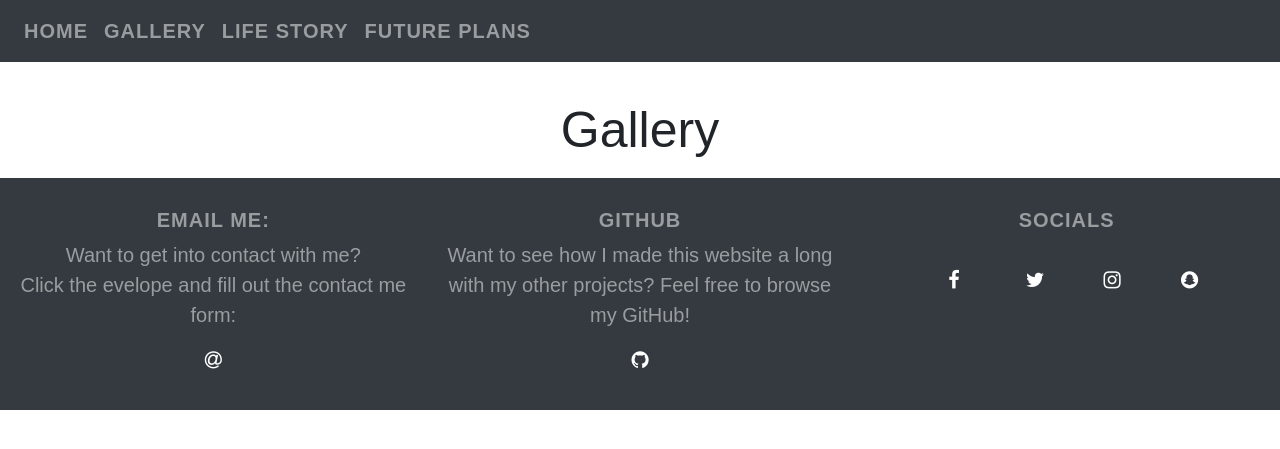
Repository: Code-Institute-Submissions/user-centric-frontend-dev-milestone-project
Page: gallery.html
The author's editor kept a record of every edit. The page is drawn from the files as they stood at one moment, then again after the next edit.
The browser window is 1280 px wide. The pictures show the whole page.
Some web fonts or font styles are not loaded; a fallback is used.

Above is the page before.

After the next edit:
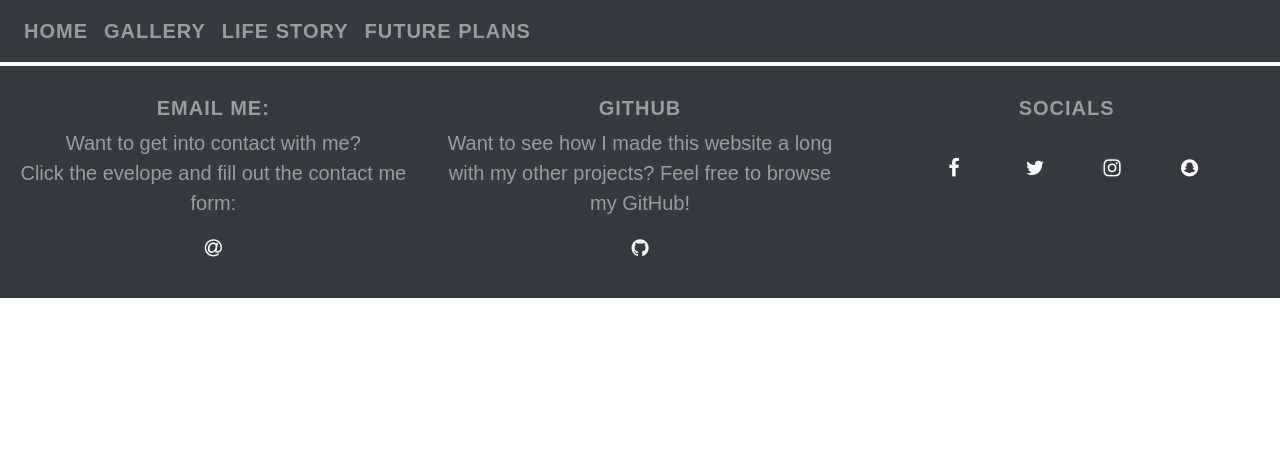
The edit:
--- a/assets/css/style.css
+++ b/assets/css/style.css
@@ -176,14 +176,3 @@
 
 
 /*----------------------Family Page*/
-
-.gallery {
-    margin: 0;
-    padding-top:100px;
-}
-
-.gallery-heading {
-    font-family: "Odibee Sans", sans-serif;
-    text-align: center;
-    font-size: 50px;
-}
